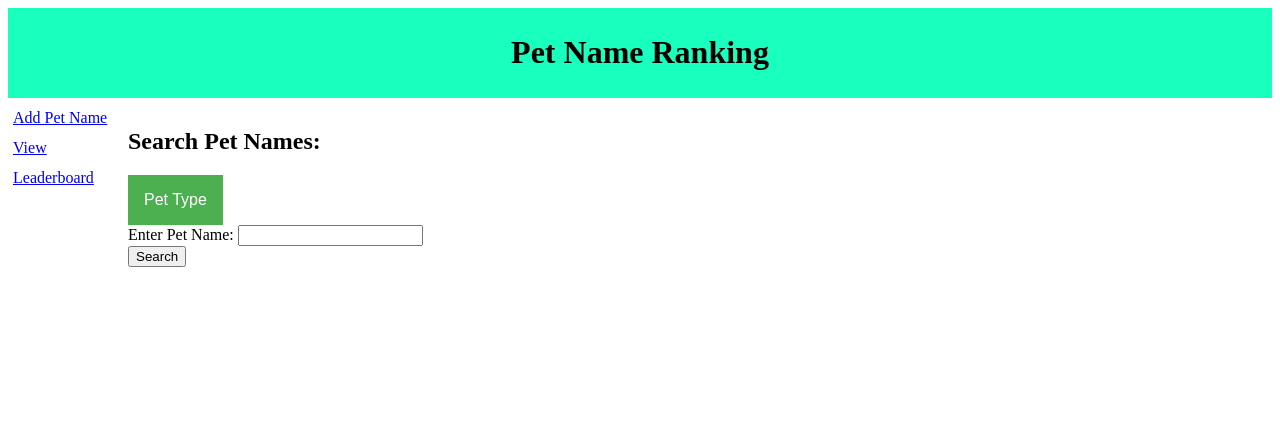
Repository: mutterbucket/TriplettTermProject4830
Page: workspaceCSCI4830-tech-excercise-Triplett/techExcerciseTriplett/WebContent/home_search.html
These files come from the project's save history. The page is drawn as it stood at one moment and after the next save; the edit follows.
The browser window is 1280 px wide. The pictures show the whole page.

Above is the page before, as saved 2020-02-21 22:32:04.

After the next save:
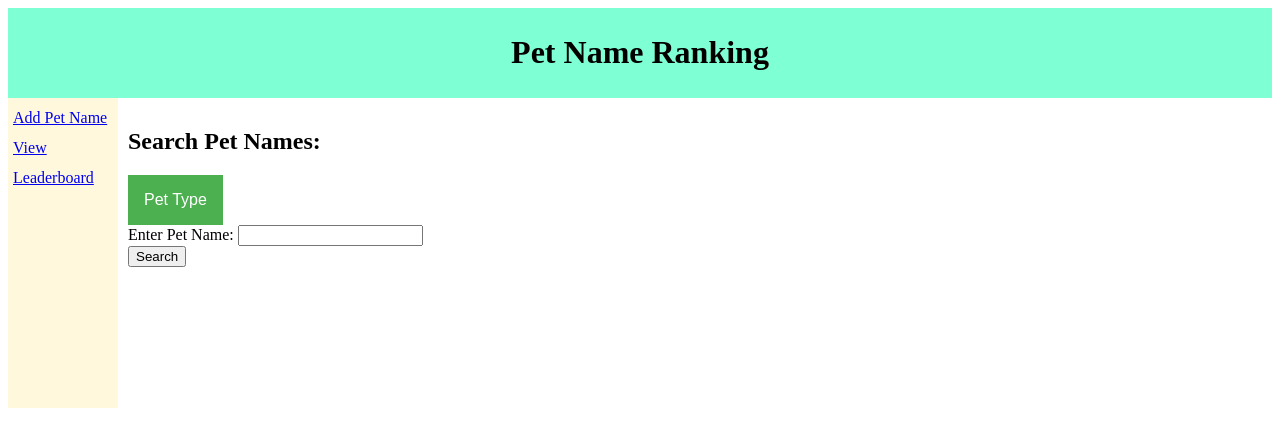
Saved 119 s later.
--- a/workspaceCSCI4830-tech-excercise-Triplett/techExcerciseTriplett/WebContent/home_search.html
+++ b/workspaceCSCI4830-tech-excercise-Triplett/techExcerciseTriplett/WebContent/home_search.html
@@ -4,14 +4,14 @@
 <meta charset="ISO-8859-1">
 <style type="text/css">
 header {
-    background-color:#19FFBD;
+    background-color:aquamarine;
     color: black;
     text-align: center;
     padding: 5px;
 }
 nav {
     line-height:30px;
-    background-color:5C716B;
+    background-color:cornsilk;
     height:300px;
     width:100px;
     float:left;
@@ -23,7 +23,7 @@ section {
     padding:10px;
 }
 .dropbtn {
-  background-color: #4CAF50;
+  background-color:#4CAF50;
   color: white;
   padding: 16px;
   font-size: 16px;
@@ -36,7 +36,7 @@ section {
 .dropdown-content {
   display: none;
   position: absolute;
-  background-color: #f1f1f1;
+  background-color:#f1f1f1;
   min-width: 160px;
   box-shadow: 0px 8px 16px 0px rgba(0,0,0,0.2);
   z-index: 1;
